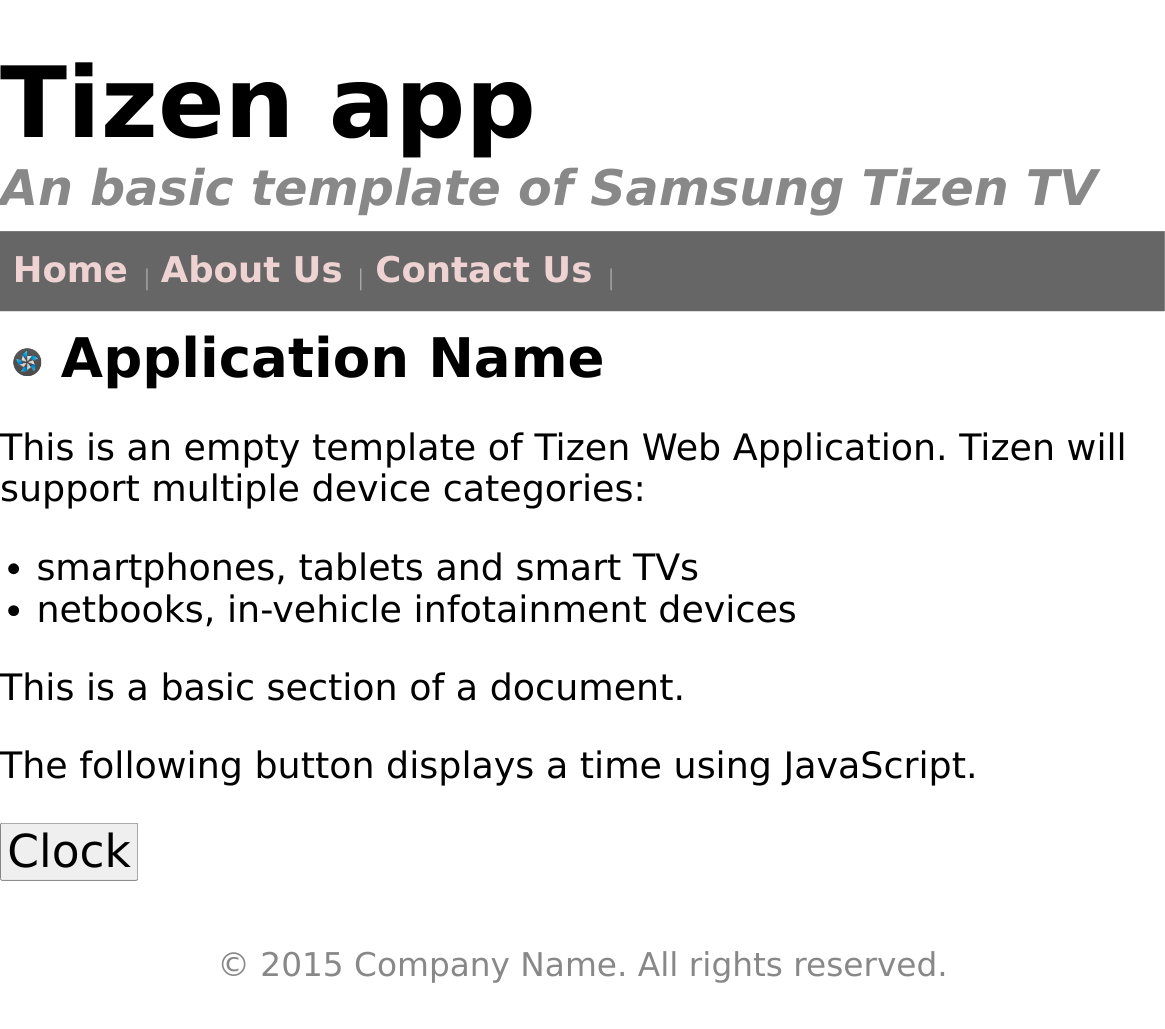
Repository: mat92/TV_Butler
Page: Tizen/TVButler/index.html
An editor plug-in stored every save of this project. The page is shown before and after the next save, followed by the edit.
The browser window is 1280 px wide. The pictures show the whole page, at 91% of full size.

Above is the page before, as saved 2016-03-19 16:50:22.

After the next save:
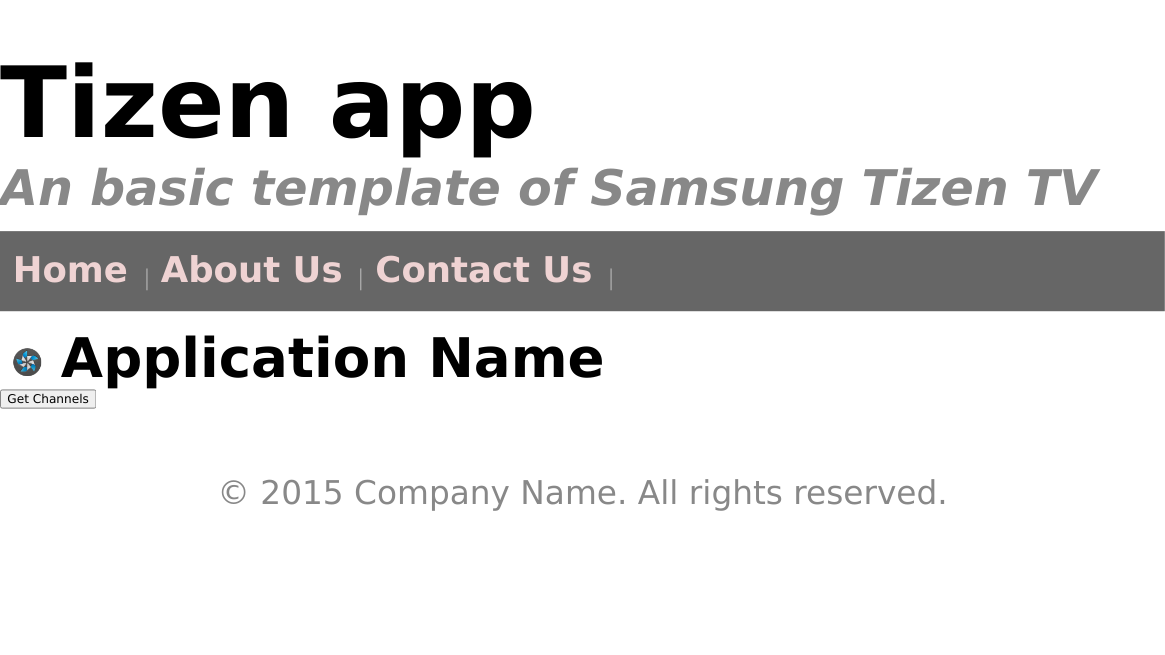
Saved 52 min 28 s later.
--- a/Tizen/TVButler/index.html
+++ b/Tizen/TVButler/index.html
@@ -33,7 +33,7 @@
         <img src="images/tizen_32.png" width="32"/> Application Name
       </h1>
     </header>
-    <p style="font-size:40px;">This is an empty template of Tizen Web Application. Tizen will support multiple device categories:</p>
+    <!--<p style="font-size:40px;">This is an empty template of Tizen Web Application. Tizen will support multiple device categories:</p>
     <ul>
       <li style="font-size:40px;">smartphones, tablets and smart TVs
       <li style="font-size:40px;">netbooks, in-vehicle infotainment devices
@@ -44,6 +44,13 @@
       <div id="divbutton1" style="font-size:40px;">
         <button onclick="startTime();" style="font-size:50px;">Clock</button>
       </div>
+    </section>-->
+    <section>
+    	<button onclick="getChannels();">Get Channels</button>
+    </section>
+    <section>
+    	<div id="channelList">
+    	</div>
     </section>
   </article>
 
